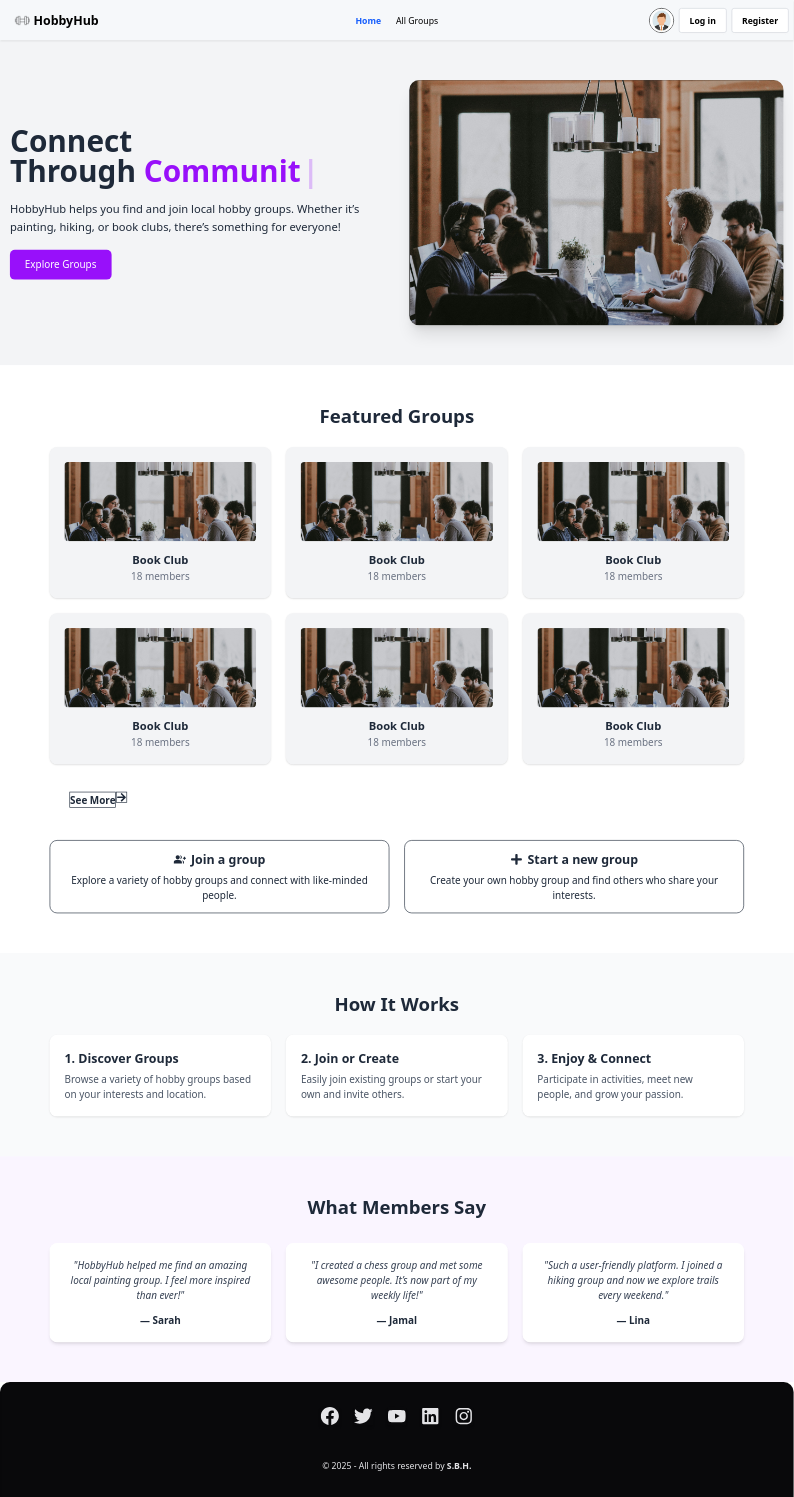
Repository: syedbayzid82849/Hobby_Hub_Client_site
Page: /
The author's editor kept a copy of each file at every save. The page is drawn from the files as they stood at one save, then again after a run of saves.
The browser window is 1280 px wide. The pictures show the whole page, at 62% of full size.
The project was rebuilt for these pictures with package versions that can differ from the ones it lists, and the page was loaded fresh each time. Also part of the build but not shown: src/App.jsx, src/Pages/Register/Register.jsx, src/Pages/Login/Login.jsx, src/Pages/Profile/Profile.jsx, src/Pages/createGroup/createGroup.jsx, src/Pages/myGroup/myGroup.jsx, src/Routes/PrivateRoute.jsx, src/Pages/AllGroups/AllGroups.jsx.

Above is the page before, as saved 2025-05-22 09:08:18.

After the next 4 saves:
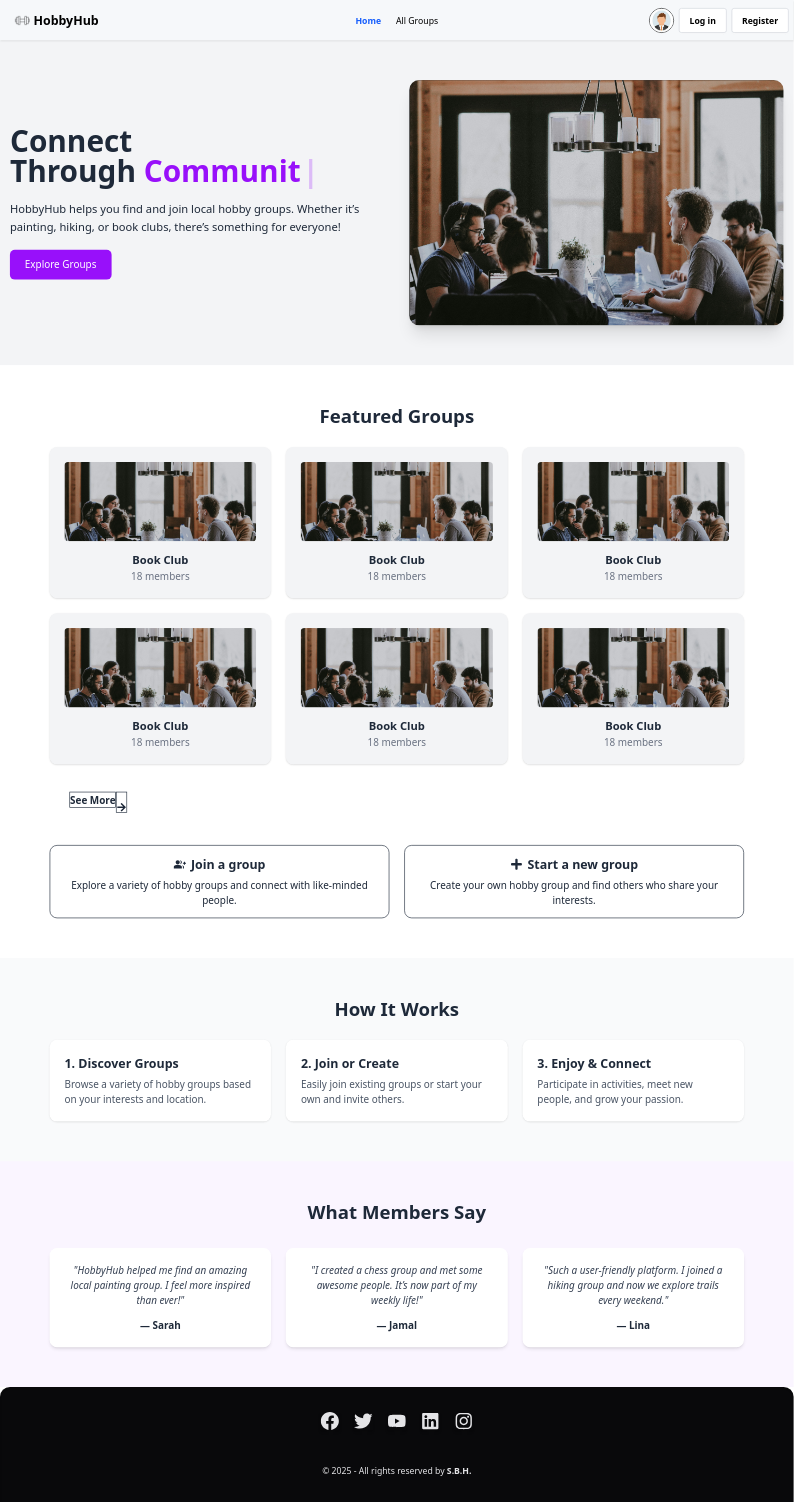
The 4 saves are shown as one change because they came seconds apart.
The last was saved 8 s later.
--- a/src/Pages/Home/Home.jsx
+++ b/src/Pages/Home/Home.jsx
@@ -119,7 +119,7 @@
                             <p className="text-gray-500">18 members</p>
                         </div>
                     </div>
-                    <button type="button" className="flex mt-8 px-8 py-3 font-semibold rounded-full dark:bg-gray-800 dark:text-gray-100"><span className='border-1'>See More</span><span className='border-1 item-center'><FaArrowRight /></span></button>
+                    <button type="button" className="flex mt-8 px-8 py-3 font-semibold rounded-full dark:bg-gray-800 dark:text-gray-100"><span className='border-1'>See More</span><span className='border-1 pt-4'><FaArrowRight /></span></button>
                 </div>
                 <div className="max-w-6xl mx-auto px-4 text-center pt-10">
                     <div className="grid grid-cols-1 md:grid-cols-2 gap-6 text-center">

After the 3 saves that followed:
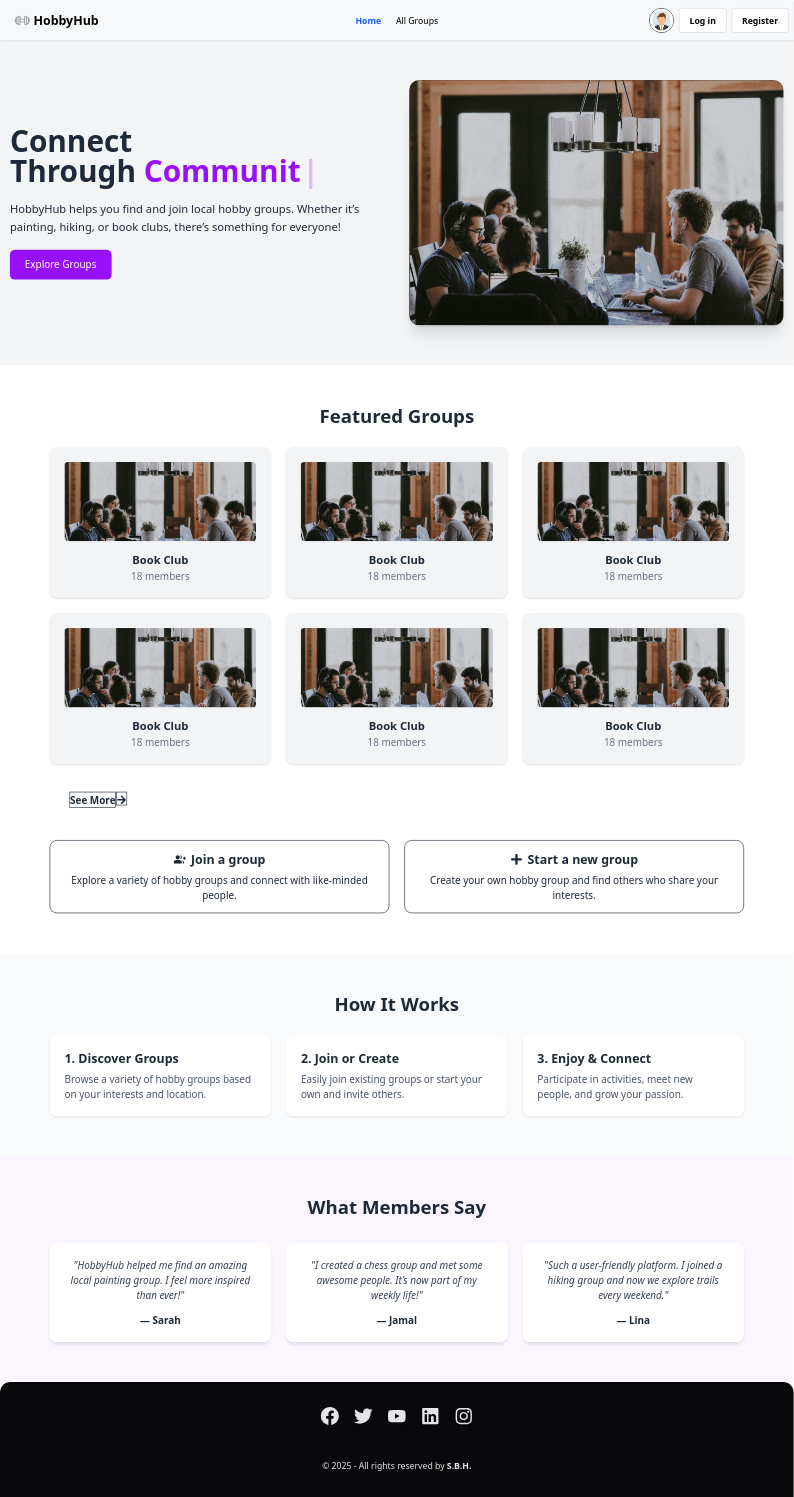
The 3 saves are shown as one change because they came seconds apart.
The last was saved 13 s later.
--- a/src/Pages/Home/Home.jsx
+++ b/src/Pages/Home/Home.jsx
@@ -119,7 +119,7 @@
                             <p className="text-gray-500">18 members</p>
                         </div>
                     </div>
-                    <button type="button" className="flex mt-8 px-8 py-3 font-semibold rounded-full dark:bg-gray-800 dark:text-gray-100"><span className='border-1'>See More</span><span className='border-1 pt-4'><FaArrowRight /></span></button>
+                    <button type="button" className="flex mt-8 px-8 py-3 font-semibold rounded-full dark:bg-gray-800 dark:text-gray-100"><span className='border-1'>See More</span><span className='border-1 pt-1'><FaArrowRight /></span></button>
                 </div>
                 <div className="max-w-6xl mx-auto px-4 text-center pt-10">
                     <div className="grid grid-cols-1 md:grid-cols-2 gap-6 text-center">
